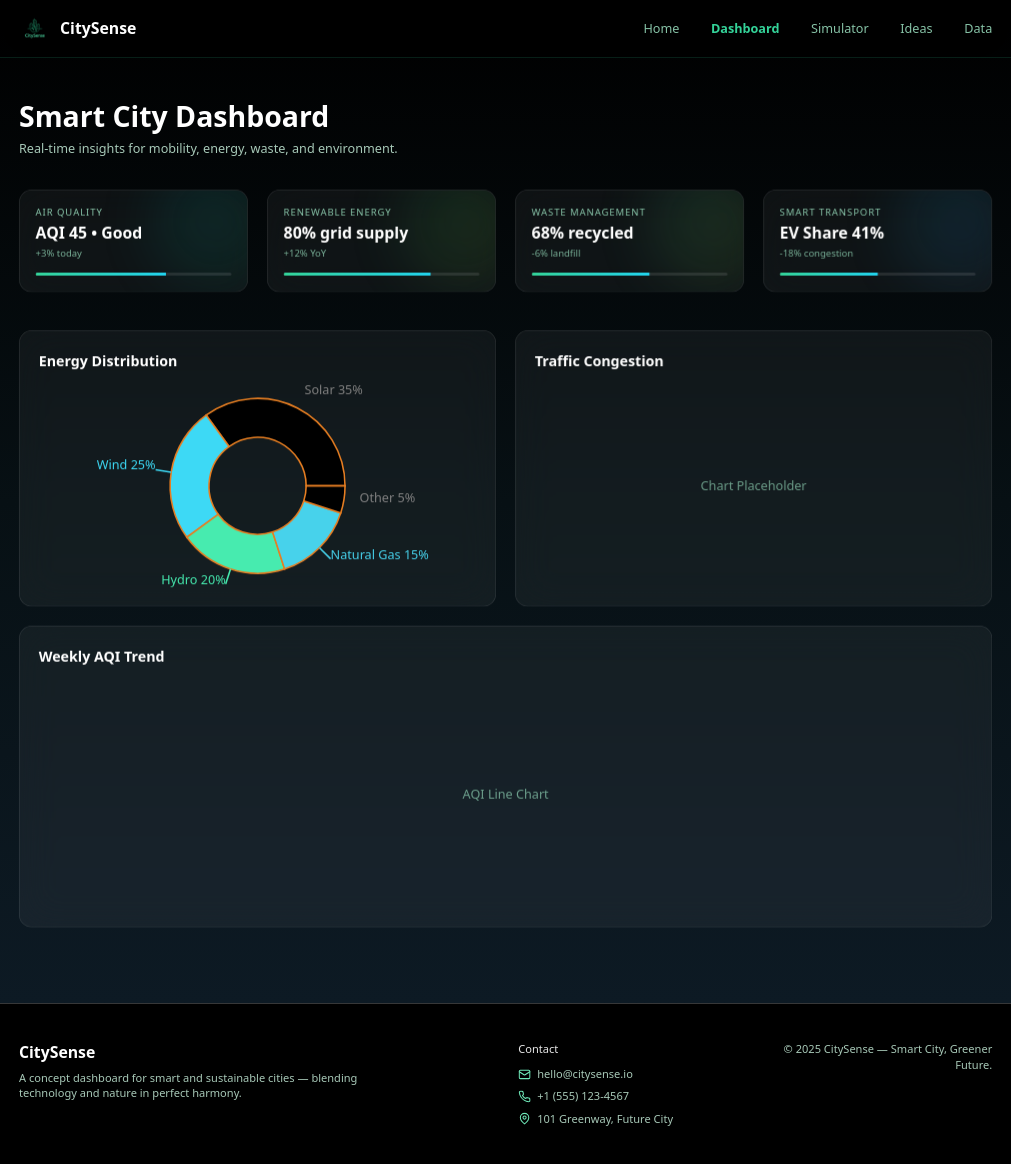
Repository: crashyet/CitySense
Page: /dashboard
These files come from the project's save history. The page is drawn as it stood at one moment and after the next save; the edit follows.
The browser window is 1280 px wide. The pictures show the whole page, at 79% of full size.
The project was rebuilt for these pictures with package versions that can differ from the ones it lists, and the page was loaded fresh each time. Also part of the build but not shown: vite.config.js, src/pages/landing/Hero.jsx, src/pages/landing/DashboardPreview.jsx, src/pages/landing/Infographic.jsx, src/pages/landing/Community.jsx, src/pages/landing/index.jsx, src/pages/Simulator/index.jsx, src/pages/Ideas/index.jsx and 1 more.

Above is the page before, as saved 2025-11-16 23:01:38.

After the next save:
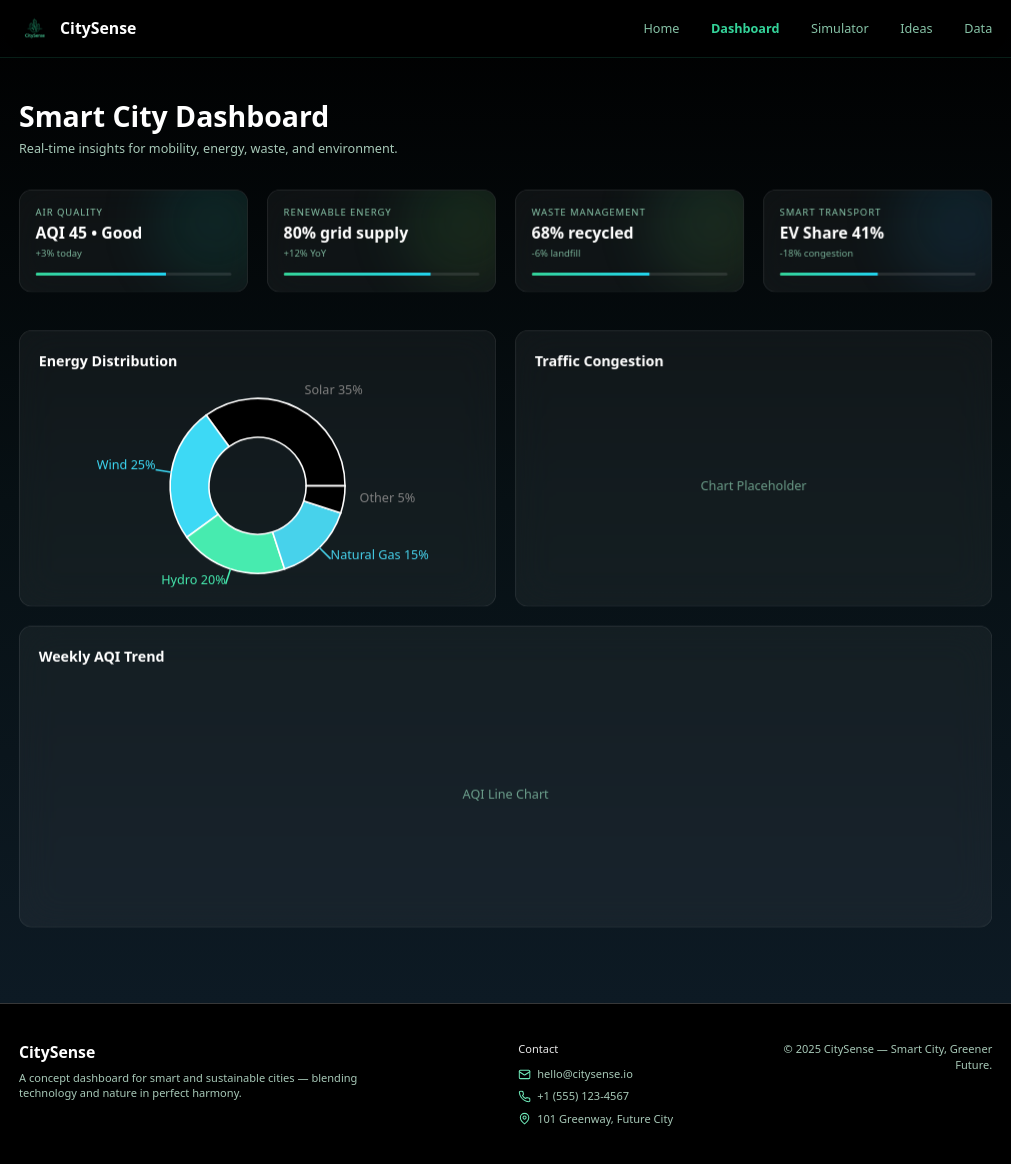
Saved 13 s later.
--- a/src/components/EnergyPieChart.jsx
+++ b/src/components/EnergyPieChart.jsx
@@ -22,7 +22,7 @@ export default function EnergyPieChart() {
             cy="50%"
             innerRadius="50%"
             outerRadius="90%"
-            stroke="#E67E22"
+            stroke="#fff"
             strokeWidth={2}
             label={({ name, value }) => `${name} ${value}%`}
             labelLine={true}
